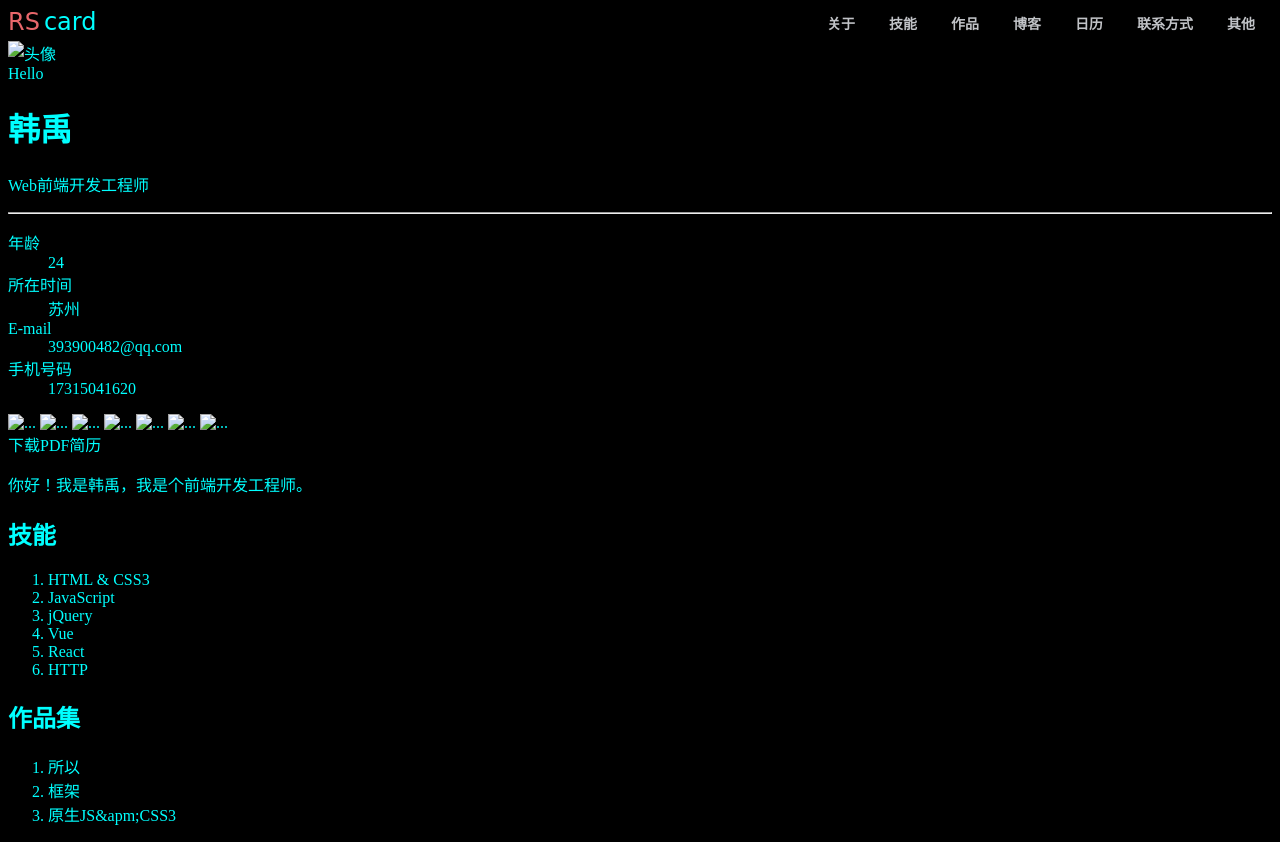
Repository: yorkHan/resume
Page: index.html
The author's editor kept a copy of each file at every save. The page is drawn from the files as they stood at one save, then again after the next save.
The browser window is 1280 px wide. The pictures show the whole page.

Above is the page before, as saved 2018-04-09 15:00:53.

After the next save:
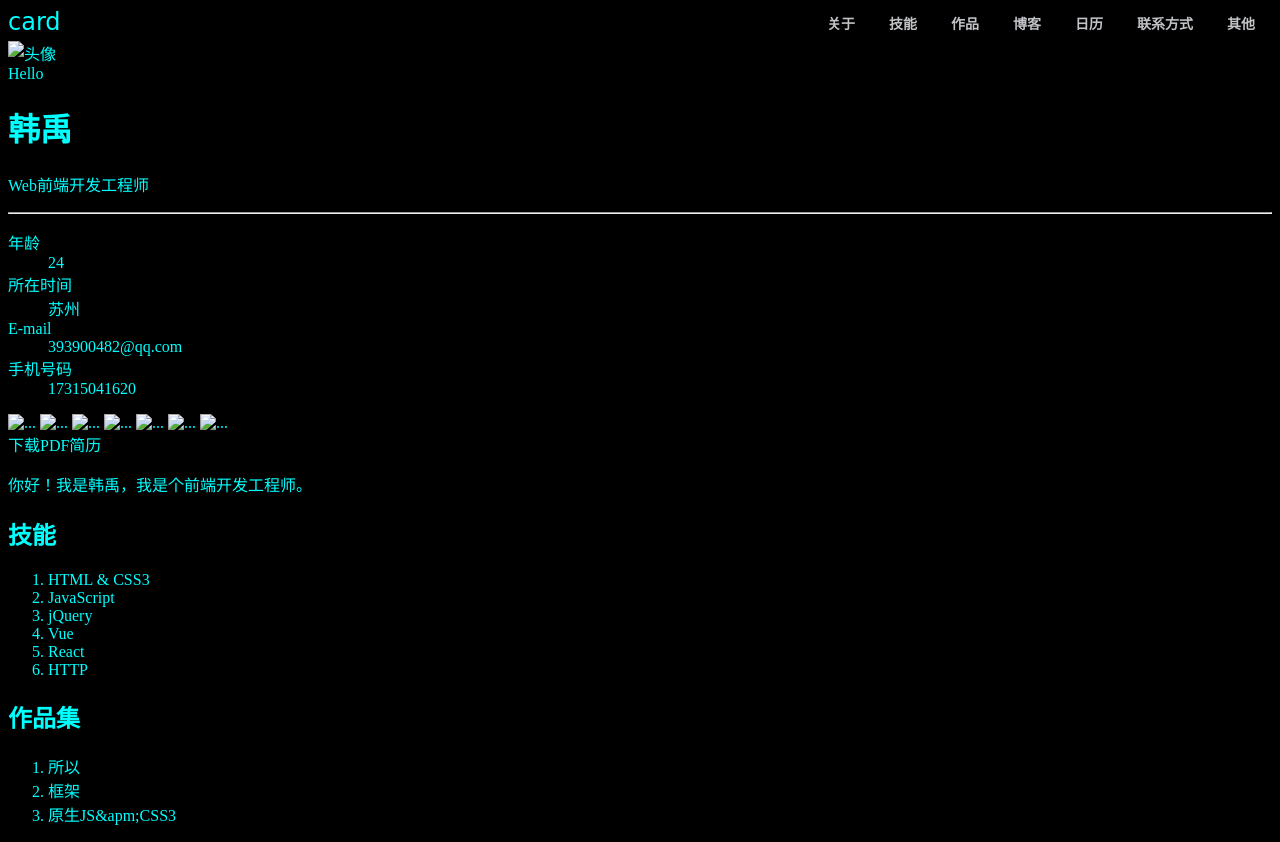
Saved 7 s later.
--- a/index.html
+++ b/index.html
@@ -10,7 +10,7 @@
 <body>
     <div class="topNavBar clearfix">
         <a class=“logo" href="#" alt="logo" style="float: left;">
-            <span class="rs">RS</span><span class="card">card</span>
+            <span class="r>RS</span><span class="card">card</span>
         </a>
         <nav>
             <ul class="clearfix" style="float: right;">
